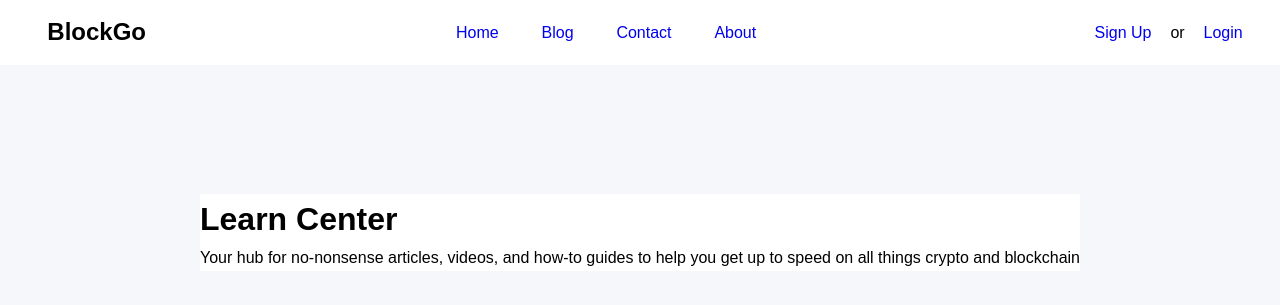
Repository: Tafsirul555/Assignment
Page: Assignment1.html
These files come from the project's save history. The page is drawn as it stood at one moment and after a run of saves; the edit follows.
The browser window is 1280 px wide. The pictures show the whole page.

Above is the page before, as saved 2025-06-06 00:00:46.

After the next 3 saves:
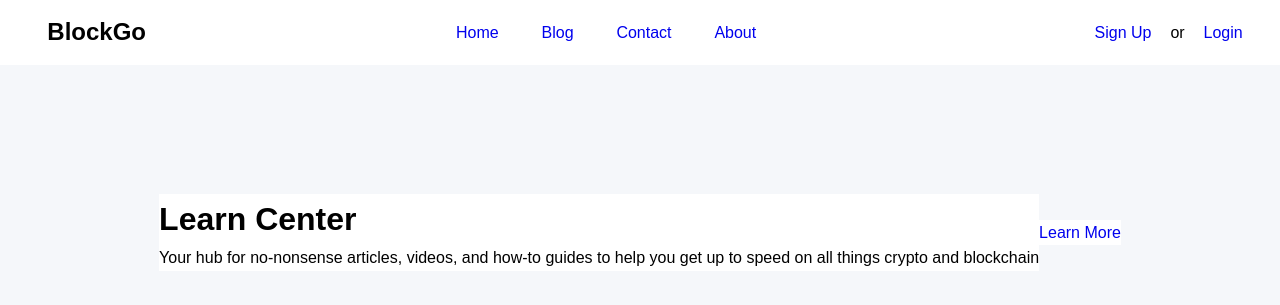
The 3 saves are shown as one change because they came seconds apart.
The last was saved 9 s later.
--- a/Assignment1.html
+++ b/Assignment1.html
@@ -34,7 +34,7 @@
         </div>
 
         <div class="header button">
-            <a href="#"></a>
+            <a href="#">Learn More</a>
         </div>
     </header>
 </body>
